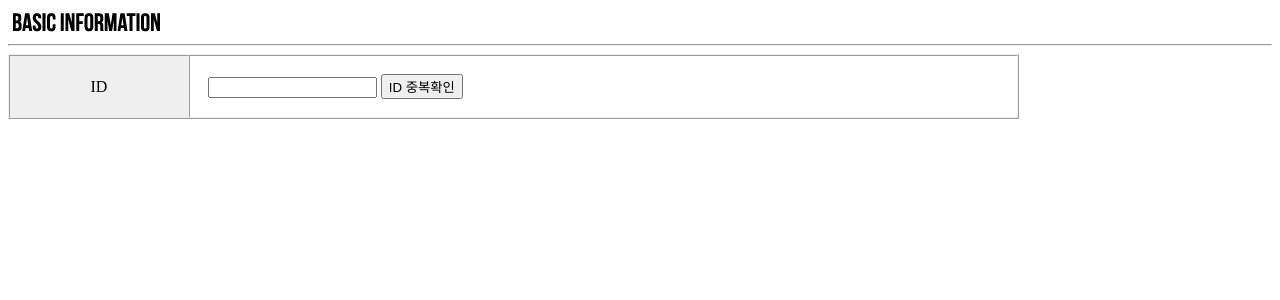
Repository: kminjoo/Making-website-using-JSP
Page: http://localhost/website_project/Register.jsp
The author's editor kept a copy of each file at every save. The page is drawn from the files as they stood at one save, then again after the next save.
The browser window is 1280 px wide. The pictures show the whole page.
The page is served by Tomcat 9.

Above is the page before, as saved 2015-07-21 13:59:55.

After the next save:
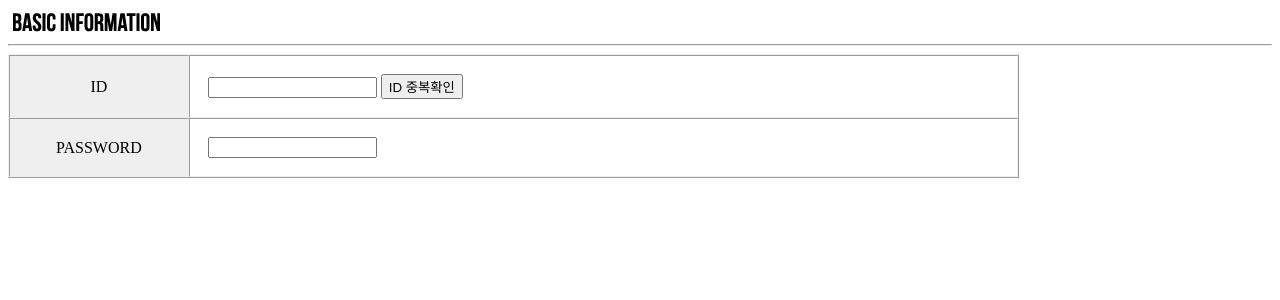
Saved 68 s later.
--- a/website_project/WebContent/Register.jsp
+++ b/website_project/WebContent/Register.jsp
@@ -19,6 +19,10 @@
 		<td width="60%"><input type="text" name="mem_id" size="18">
 		<input type="button" value="ID 중복확인" onClick="idCheck(this.form.mem_id.value)"></td>
 	</tr>
+	<tr>
+		<td width="13%" align="center" bgcolor="#EFEFEF">PASSWORD</td>
+		<td width="60%"><input type="password" name="mem_passwd" size="18">
+	</tr>
 </table>
 </form>
 
